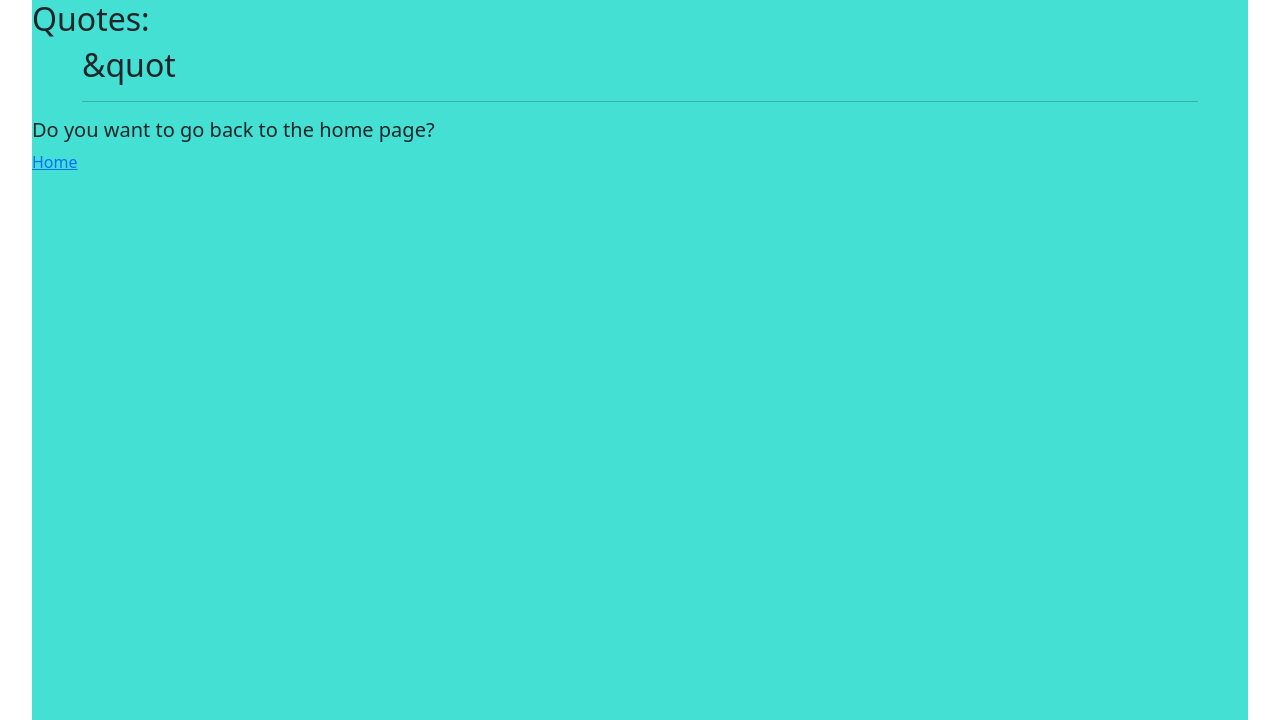
Repository: collegedude9300/zenstationnext
Page: /Quotes
The author's editor kept a copy of each file at every save. The page is drawn from the files as they stood at one save, then again after the next save.
The browser window is 1280 px wide. The pictures show the whole page.
The page's requests for data from a server got no answer. The project was rebuilt for these pictures with package versions that can differ from the ones it lists, and the page was loaded fresh each time. The framework's server and built-in components were replaced by stand-ins that run in the browser. No one was signed in, and anything a server would have sent is missing. Also part of the build but not shown: next.config.js.

Above is the page before, as saved 2022-10-18 18:21:24.

### pages/Quotes.js
import Head from 'next/head'
import Image from 'next/image'
import styles from '../styles/Home.module.css'
import 'bootstrap/dist/css/bootstrap.css'
import Link from 'next/link'
export default function Quotes()
{
  {
    const api_url ="https://zenquotes.io/api/random/53c91a613aa570da150c8d80cf93f06697161c6c";
    async function getNewQuote(url)
    {
      const response = await fetch(url);
      var data = await response.json();
      console.log(data);
      document.getElementById("quote").innerHTML = data[0].q;
    }

    getNewQuote(api_url);
return (
    <div className={styles.container}>
      <Head>
        <title>About</title>
        <meta name="description" content="Generated by create next app" />
        <link rel="icon" href="/favicon.ico" />
      </Head>
      <main className={styles.pages}>
      <h2> Quotes: </h2>
        <div className="container">
            <h2>
            <p> &quot</p>
            <span className="quote" id="quote"></span>
            <i className="fas fa-quote-right"></i>
            </h2>
            <p className="author" id="author"></p>
            <hr/>
        </div>
<div/>
<h5>Do you want to go back to the home page?</h5>
<Link href="/">
<a>Home</a>
</Link>
</main>
</div>
)}}

### styles/Home.module.css
.container {
  padding: 0 2rem;
}
.pages{
  background-color: #43e0d3;
  min-height: 100vh;
}
.errorMessage {

  color: red;
  font-size: 20px ;

}
.fa-quote-left, .fa-quote-right {
  font-size: 35px;
  color: rgb(243, 14, 7);
}
.successMessage {

  color: green;
  font-size: 30px;
  display:none;
  margin-bottom:20px;
}

.main {
  min-height: 100vh;
  padding: 4rem 0;
  flex: 1;
  display: flex;
  flex-direction: column;
  justify-content: center;
  align-items: center;
}
.aboutBio {

  margin: 0;
  line-height: 1.15;
  font-size: 4rem;
  text-align: center;
}
.footer {
  display: flex;
  flex: 1;
  padding: 2rem 0;
  border-top: 1px solid #eaeaea;
  justify-content: center;
  align-items: center;
}

.footer a {
  display: flex;
  justify-content: center;
  align-items: center;
  flex-grow: 1;
}

.title a {
  color: #0070f3;
  text-decoration: none;
}

.title a:hover,
.title a:focus,
.title a:active {
  text-decoration: underline;
}

.title {
  margin: 0;
  line-height: 1.15;
  font-size: 4rem;
}

.title,
.description {
  text-align: center;
}

.description {
  margin: 4rem 0;
  line-height: 1.5;
  font-size: 1.5rem;
}

.code {
  background: #fafafa;
  border-radius: 5px;
  padding: 0.75rem;
  font-size: 1.1rem;
  font-family: Menlo, Monaco, Lucida Console, Liberation Mono, DejaVu Sans Mono,
    Bitstream Vera Sans Mono, Courier New, monospace;
}

.grid {
  display: flex;
  align-items: center;
  justify-content: center;
  flex-wrap: wrap;
  max-width: 800px;
}

.card {
  margin: 1rem;
  padding: 1.5rem;
  text-align: left;
  color: inherit;
  text-decoration: none;
  border: 1px solid #eaeaea;
  border-radius: 10px;
  transition: color 0.15s ease, border-color 0.15s ease;
  max-width: 300px;
}

.card:hover,
.card:focus,
.card:active {
  color: #0070f3;
  border-color: #0070f3;
}

.card h2 {
  margin: 0 0 1rem 0;
  font-size: 1.5rem;
}

.card p {
  margin: 0;
  font-size: 1.25rem;
  line-height: 1.5;
}

.logo {
  height: 1em;
  margin-left: 0.5rem;
}

@media (max-width: 600px) {
  .grid {
    width: 100%;
    flex-direction: column;
  }
}

@media (prefers-color-scheme: dark) {
  .card,
  .footer {
    border-color: #222;
  }
  .code {
    background: #111;
  }
  .logo img {
    filter: invert(1);
  }
}

Loaded but not shown: pages/_app.js (common file); styles/globals.css (common file)

After the next save:
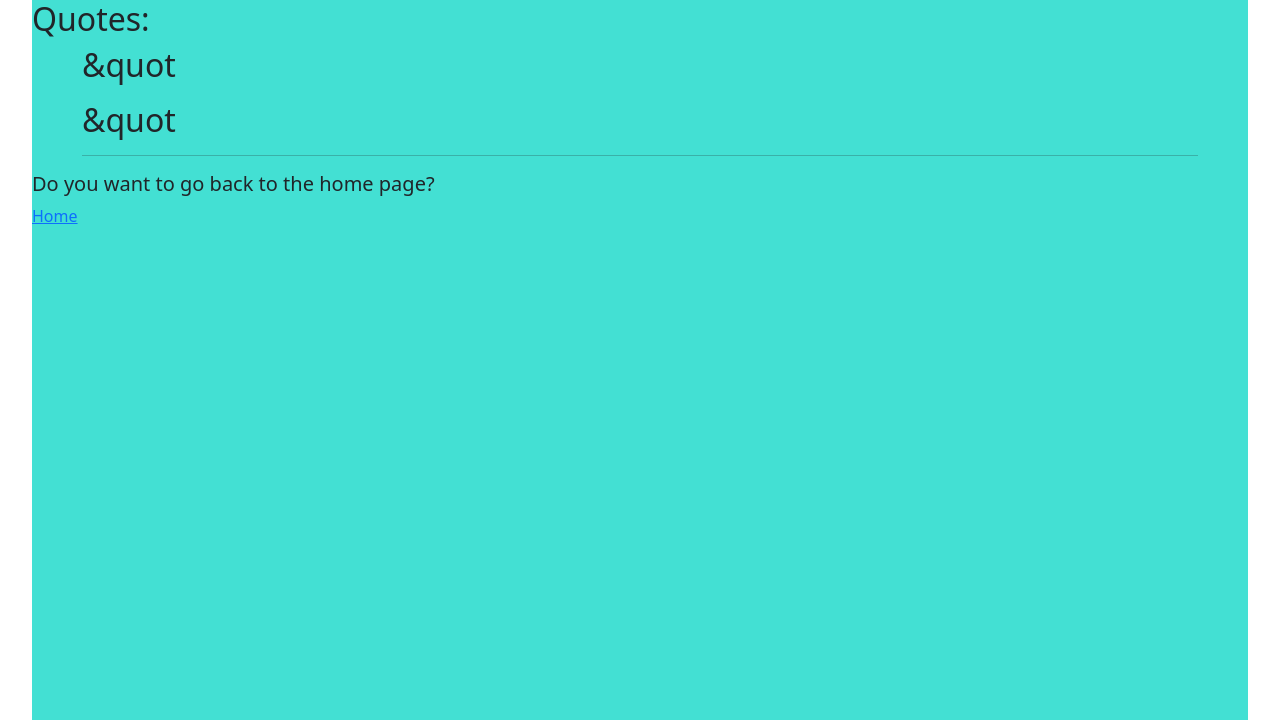
Saved 10 s later.
--- a/pages/Quotes.js
+++ b/pages/Quotes.js
@@ -29,7 +29,7 @@ return (
             <h2>
             <p> &quot</p>
             <span className="quote" id="quote"></span>
-            <i className="fas fa-quote-right"></i>
+            <p> &quot</p>
             </h2>
             <p className="author" id="author"></p>
             <hr/>
